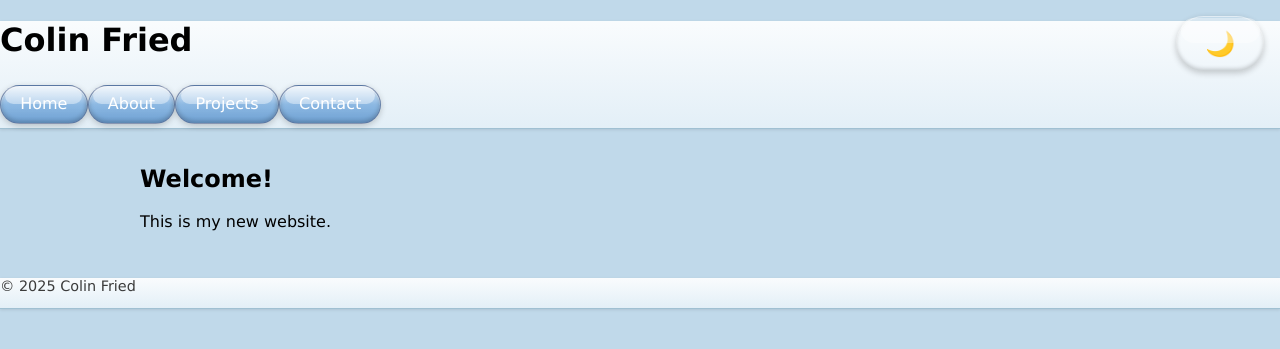
Repository: colinfdsaui/colin
Page: website.html
An editor plug-in stored every save of this project. The page is shown before and after the next save, followed by the edit.
The browser window is 1280 px wide. The pictures show the whole page.

Above is the page before, as saved 2025-07-09 08:51:59.

### website.html
<!DOCTYPE html>
<html lang="en">
<link rel="stylesheet" href="styles.css">

<head>
    <meta charset="UTF-8"/>
    <meta name="viewport" content="width=device-width, initial-scale=1.0"/>
    <title>My Website</title>
    <link rel="stylesheet" href="styles.css"/>
    <!-- Global MathJax config -->
<script>
  window.MathJax = {
    tex: {
      inlineMath: [['$', '$'], ['\\(', '\\)']],
      displayMath: [['\\[', '\\]'], ['$$', '$$']],
      processEscapes: true
    },
    svg: { fontCache: 'global' }
  };
</script>

<!-- Load MathJax v3 -->
<script src="https://cdn.jsdelivr.net/npm/mathjax@3/es5/tex-svg.js" defer></script>

</head>
<body>

<!-- Header / Nav -->
<header>
    <h1>Colin Fried</h1>
    <nav>
        <ul class="nav-links">
            <li><a class="active" href="website.html">Home</a></li>
            <li><a href="about.html">About</a></li>
            <li><a href="projects.html">Projects</a></li>
            <li><a href="test.html">Contact</a></li>
            <button id="theme-toggle" aria-label="Toggle dark mode">
          🌙
        </button>
        </ul>
    </nav>

</header>

<!-- Main Content-->
<main>
    <section id="hero">
        <h2>Welcome!</h2>
        <p>This is my new website.</p>
    </section>
</main>

<!-- Footer -->
<footer>
    <p> © 2025 Colin Fried</p>
</footer>

<body>
</html>

### styles.css
/* ====================
   Global & layout
   ==================== */

/* 1) Define your palette once, at the top of your main stylesheet */
/* ─── Light (default) ───────────────────────────────────────────────────────── */
:root {
  --color-bg-primary:      #c0d9ea;
  --color-bg-secondary:    #e3eff7;
  --color-bg-highlight:    #fffffd;
  --color-accent:          #8db9e3;
  --color-accent-dark:     #6b8cb4;
  --color-text-primary:    #000000;
  --color-text-secondary:  #3b3b3b;
  --color-text-inverse:    #ffffff;
  --color-border:          #a0c0d2;
  --color-shadow:          rgba(0,0,0,0.1);
}

/* ─── Dark theme overrides ──────────────────────────────────────────────────── */
html[data-theme="dark"] {
  --color-bg-primary:      #1a1d23;   /* nearly black */
  --color-bg-secondary:    #242830;   /* dark slate */
  --color-bg-highlight:    #2e3140;   /* surfaces */
  --color-accent:          #2a72b5;   /* deeper blue */
  --color-accent-dark:     #1f4e7a;   /* hover/dark accent */
  --color-text-primary:    #e0e2e8;   /* light gray */
  --color-text-secondary:  #a0a3ae;   /* mid gray */
  --color-text-inverse:    #000000;   /* for buttons on dark bg */
  --color-border:          #3a3e50;   /* subtle divider */
  --color-shadow:          rgba(0,0,0,0.5);
}

#theme-toggle {
  position: fixed;
  top: 1rem;
  right: 1rem;
  background: transparent;
  border: none;
  font-size: 1.5rem;
  cursor: pointer;
  color: var(--color-text-primary);
}

body {
  margin:            0;
  padding:           0;
  font-family:       "Lucida Grande", -apple-system, BlinkMacSystemFont, sans-serif;
  background-color:  var(--color-bg-primary);
  color:             var(--color-text-primary);
}

/* Header & Footer with gradient, borders & shadow */
header,
footer {
  background-color:  var(--color-bg-secondary);
  background-image:  linear-gradient(
                       to bottom,
                       rgba(255,255,255,0.8),
                       var(--color-bg-secondary)
                     );
  background-repeat: no-repeat;
  background-size:   cover;
  border-bottom:     1px solid var(--color-border);
  box-shadow:        0 1px 3px var(--color-shadow);
}

nav ul {
  list-style-type: none;
  margin: 0;
  padding: 0;
  display: flex;
  justify-content: left;
}

main {
  padding:    1rem;
  max-width:  1000px;
  margin:     auto;
}

footer {
  font-size:    0.9rem;
  color:        var(--color-text-secondary);
}

/* ====================
   Links as Buttons
   ==================== */

/* Turn every <a> into a button */
a {
  display:          inline-block;
  padding:          0.5em 1em;
  margin:           0.25em 0;
  background-color: var(--color-accent);
  color:            var(--color-text-inverse);
  text-decoration:  none;
  border:           1px solid var(--color-accent-dark);
  border-radius:    4px;
  font-family:      inherit;
  font-size:        1rem;
  line-height:      1.2;
  cursor:           pointer;
  box-shadow:       0 1px 2px var(--color-shadow);
  transition:       background-color 0.2s ease,
                    transform        0.1s ease;
}

/* ====================
   Aqua‑style pill buttons for <a>
   ==================== */
a {
  /* Reset/link basics */
  display:          inline-block;
  position:         relative;      /* for ::before */
  text-decoration:  none;
  color:            var(--color-text-inverse);
  font-family:      inherit;
  font-size:        1rem;
  line-height:      1.5;
  padding:          0.4em 1.2em;   /* taller for pill shape */
  margin:           0.25em 0;

  /* Pill shape + border */
  border-radius:    9999px;
  border:           1px solid rgba(75, 93, 132, 0.6);

  /* Gradient background: top → mid → bottom */
  background-image:
    linear-gradient(
      to bottom,
      rgba(255,255,255,0.8) 0%,       /* bright top */
      rgba(141,185,227,0.9) 50%,      /* mid‑blue */
      rgba(110,160,210,1) 100%        /* darker bottom */
    );

  /* Depth: inner shadow + outer glow */
  box-shadow:
    inset 0 1px 1px rgba(255,255,255,0.6),   /* light inner highlight */
    inset 0 -2px 4px rgba(0,0,0,0.2),        /* dark inner shadow */
    0 2px 6px rgba(0,0,0,0.2);               /* outer drop shadow */

  cursor:           pointer;
  transition:       transform 0.1s ease,
                    box-shadow 0.2s ease;
}

/* the glossy “shine” stripe */
a::before {
  content: "";
  position: absolute;
  top:    4%;
  left:   5%;
  width:  90%;
  height: 45%;
  border-radius: inherit;
  background: rgba(255, 255, 255, 0.4);
}

/* hover / focus lift */
a:hover,
a:focus {
  transform: translateY(-1px);
  box-shadow:
    inset 0 1px 1px rgba(255,255,255,0.6),
    inset 0 -2px 4px rgba(0,0,0,0.3),
    0 4px 8px rgba(0,0,0,0.25);
}

/* active (pressed‑in) state */
a:active {
  transform: translateY(0);
  box-shadow:
    inset 0 1px 2px rgba(0,0,0,0.2),
    0 1px 3px rgba(0,0,0,0.15);
}

/* ====================
   Global Button Styles (apply to every <button>)
   ==================== */
button {
  background-image:
    linear-gradient(
      to bottom,
      rgba(255,255,255,0.8) 0%,
      rgba(141,185,227,0.9) 50%,
      rgba(110,160,210,1)   100%
    );
  color:            var(--color-text-inverse);
  border:           1px solid rgba(75, 93, 132, 0.6);
  border-radius:    9999px;
  padding:          0.4em 1.2em;
  font-family:      inherit;
  font-size:        1rem;
  line-height:      1.5;
  cursor:           pointer;
  position:         relative;
  box-shadow:
    inset 0 1px 1px rgba(255,255,255,0.6),
    inset 0 -2px 4px rgba(0,0,0,0.2),
    0 2px 6px rgba(0,0,0,0.2);
  transition:       transform 0.1s ease, box-shadow 0.2s ease;
}

button::before {
  content: "";
  position: absolute;
  top:    4%;
  left:   5%;
  width:  90%;
  height: 45%;
  border-radius: inherit;
  background: rgba(255,255,255,0.4);
}

button:hover,
button:focus {
  transform: translateY(-1px);
  box-shadow:
    inset 0 1px 1px rgba(255,255,255,0.6),
    inset 0 -2px 4px rgba(0,0,0,0.3),
    0 4px 8px rgba(0,0,0,0.25);
}

button:active {
  transform: translateY(0);
  box-shadow:
    inset 0 1px 2px rgba(0,0,0,0.2),
    0 1px 3px rgba(0,0,0,0.15);
}

.panel {
  background-color: var(--color-bg-highlight);
  border:           1px solid var(--color-border);
  padding:          1em;
  border-radius:    6px;
}

/* ====================
   Flipbook container (existing)
   ==================== */
#flipbook,
#flipbook-wrapper {
  width:       800px;
  height:      600px;
  margin:      2rem auto;
  overflow:    hidden;
  background:  var(--color-bg-primary);
  border:      1px solid var(--color-border);
  box-shadow:  0 2px 4px var(--color-shadow);
}

/* scoped only to that instance */
#flipbook-wrapper.custom-bg #flipbook {
  background: url("pages/dust_jacket_front.png");
  background-size: contain;
}


#flipbook .page {
  width:         50%;
  height:        100%;
  float:         left;
  overflow:      hidden;
  background:    var(--color-bg-highlight);
  border-right:  1px solid var(--color-border);
  border: 1px solid rgba(0, 0, 0, 0.05); /* soft edge */
}

#flipbook .page.dummy {
  background: empty;
  pointer-events: none;
}

#flipbook .page img {
  width:       100%;
  height:      100%;
  object-fit:  scale;
  transition:  transform 0.3s ease;
}

/* Zoomed page image */
#flipbook .page img.zoomed {
  transform: scale(2);
  cursor:    zoom-out;
}

/* Full-screen zoom modal */
#zoom-modal {
  display:         none;
  position:        fixed;
  inset:           0;
  background:      rgba(0, 0, 0, 0.8);
  z-index:         9999;
  align-items:     center;
  justify-content: center;
  overflow:        auto;
}

#zoom-modal img {
  width:       150%;
  height:      150%;
  transform:   translate(-15%);
  object-fit:  contain;
}

.flipbook-controls {
  display:        flex;
  justify-content: center;  /* center items horizontally */
  align-items:    center;    /* center items vertically */
  flex-wrap:      wrap;      /* allow items to wrap onto multiple lines */
  gap:            0.5rem;    /* space between items */
  margin:         1rem 0;    /* optional vertical spacing around the controls */
}

/* Optional: normalize spacing on every direct child (buttons, inputs, labels) */
.flipbook-controls > * {
  margin: 0.25rem;
}

/* ── Shelf Container ───────────────────────────────────────────────────────── */
.shelf {
  position:       relative;
  padding-bottom: 3rem;  /* room for the plank thickness + shadow */
  margin:         2rem 0;
  perspective:    200px; /* optional for subtle depth */
}

/* Front plank face */
.shelf::before {
  content:        "";
  position:       absolute;
  bottom:         0;
  left:           0%;
  width:          101%;
  height:         1.5rem;   /* thickness of the shelf */
  background:     var(--color-accent-dark);
  border-radius:  2px 2px 6px 6px;
  box-shadow:
    0 2px 4px rgba(0,0,0,0.3),    /* cast shadow below */
    inset 0 2px 4px rgba(255,255,255,0.2); /* light highlight at top edge */
  z-index:        1;
}

/* ── Shelf Plank ───────────────────────────────────────────────────────────── */
.shelf::after {
  content:        "";
  position:       absolute;
  bottom:         1.5rem;  /* sit directly on top of ::before */
  left:           0.5%;
  width:          100%;
  height:         0.5rem;  /* the “lid” thickness */
  background:     linear-gradient(
                    to bottom,
                    rgba(255,255,255,0.6),
                    var(--color-accent)
                  );
  border-radius:  6px 6px 0 0;
  box-shadow:
    inset 0 -1px 2px rgba(0,0,0,0.2); /* subtle inner shadow */
  z-index:        2;
}
/* ── Cover Gallery ─────────────────────────────────────────────────────────── */
.book-grid {
  display:            grid;
  grid-template-columns: repeat(auto-fill, minmax(160px, 1fr));
  gap:                1rem 2rem;
  padding:            2rem;
  justify-items:      center;
  z-index:  1;
}

.book-item {
  display:            flex;
  flex-direction:     column;
  align-items:        center;
  text-decoration:    none;
  color:              var(--color-text-primary);
  transition:         transform 0.2s ease, box-shadow 0.2s ease;
  background:      none !important;
  border:          none !important;
  box-shadow:      none !important;
  padding:         0 !important;
  position:        static !important;  /* neutralize position:relative */
  margin-bottom:  -3rem;     /* pulls the image down onto the shelf */
  transition:     transform 0.2s ease;
}
/* Remove the glossy pseudo‑element */
.book-item::before {
  content:        none !important;
}

.book-item img {
  width:              100%;
  height:             auto;
  max-height:         250px; /* adjust to preference */
  object-fit:         cover;
  border:             1px solid var(--color-border);
  box-shadow:         0 8px 8px rgba(0,0,0,0.1);
  border-radius:      5px;
}

.book-item .book-title {
  margin-top:         0.5rem;
  font-size:          0.9rem;
  text-align:         center;
}

.book-item:hover {
  transform:          translateY(-4px);
  box-shadow:         0 8px 16px rgba(0,0,0,0.15);
  transform: translateY(-4px);
  transform: scale(1.1);
  z-index: 10;
}

After the next save:
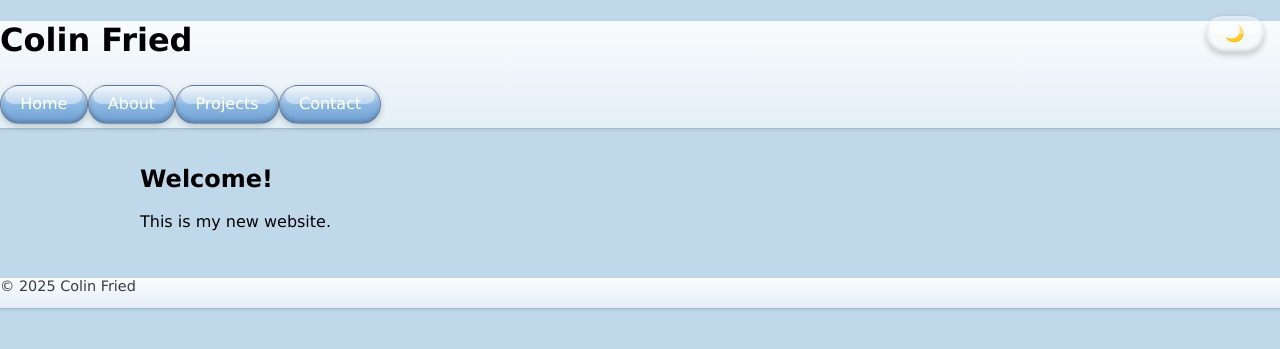
Saved 16 s later.
--- a/styles.css
+++ b/styles.css
@@ -37,7 +37,7 @@ html[data-theme="dark"] {
   right: 1rem;
   background: transparent;
   border: none;
-  font-size: 1.5rem;
+  font-size: 1.rem;
   cursor: pointer;
   color: var(--color-text-primary);
 }
